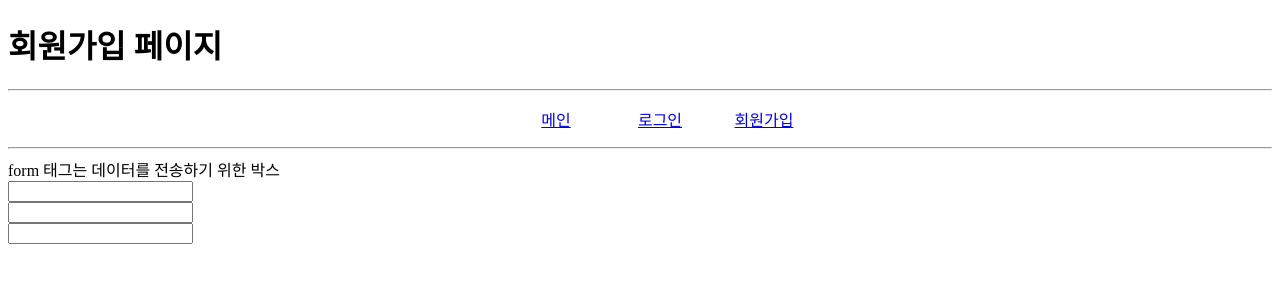
Repository: codingspecialist/jsp-weekend
Page: http://localhost/cos/join.jsp
The author's editor kept a copy of each file at every save. The page is drawn from the files as they stood at one save, then again after the next save.
The browser window is 1280 px wide. The pictures show the whole page.
The page is served by Tomcat 9. Other server files are loaded and not shown.

Above is the page before, as saved 2020-08-22 02:48:57.

### cos/WebContent/join.jsp
<%@ page language="java" contentType="text/html; charset=UTF-8"
    pageEncoding="UTF-8"%>
<!DOCTYPE html>
<html>
<head>
<meta charset="UTF-8">
<title>회원가입 페이지</title>
<style>
	ul {
		text-align: center;
	}

	li {
		display: inline-block;
		width: 100px;
	}
</style>
</head>
<body>
<h1>회원가입 페이지</h1>
<hr/>
<ul>
	<li><a href="main.jsp">메인</a></li>
	<li><a href="login.jsp">로그인</a></li>
	<li><a href="join.jsp">회원가입</a></li>
</ul>
<hr/>
form 태그는 데이터를 전송하기 위한 박스
<form>
	<input type="text" name="username" /> <br/>
	<input type="password" name="password" /> <br/>
	<input type="email" name="email" /> <br/>
</form>

</body>
</html>

After the next save:
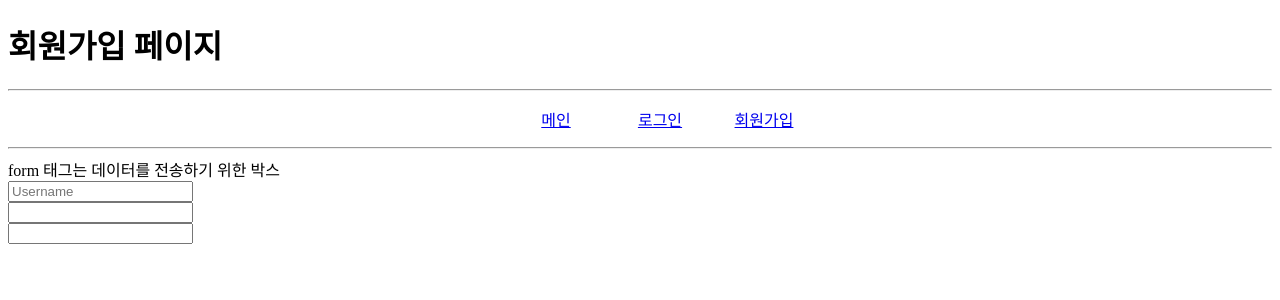
Saved 47 s later.
--- a/cos/WebContent/join.jsp
+++ b/cos/WebContent/join.jsp
@@ -27,7 +27,7 @@
 <hr/>
 form 태그는 데이터를 전송하기 위한 박스
 <form>
-	<input type="text" name="username" /> <br/>
+	<input type="text" name="username" placeholder="Username"/> <br/>
 	<input type="password" name="password" /> <br/>
 	<input type="email" name="email" /> <br/>
 </form>
